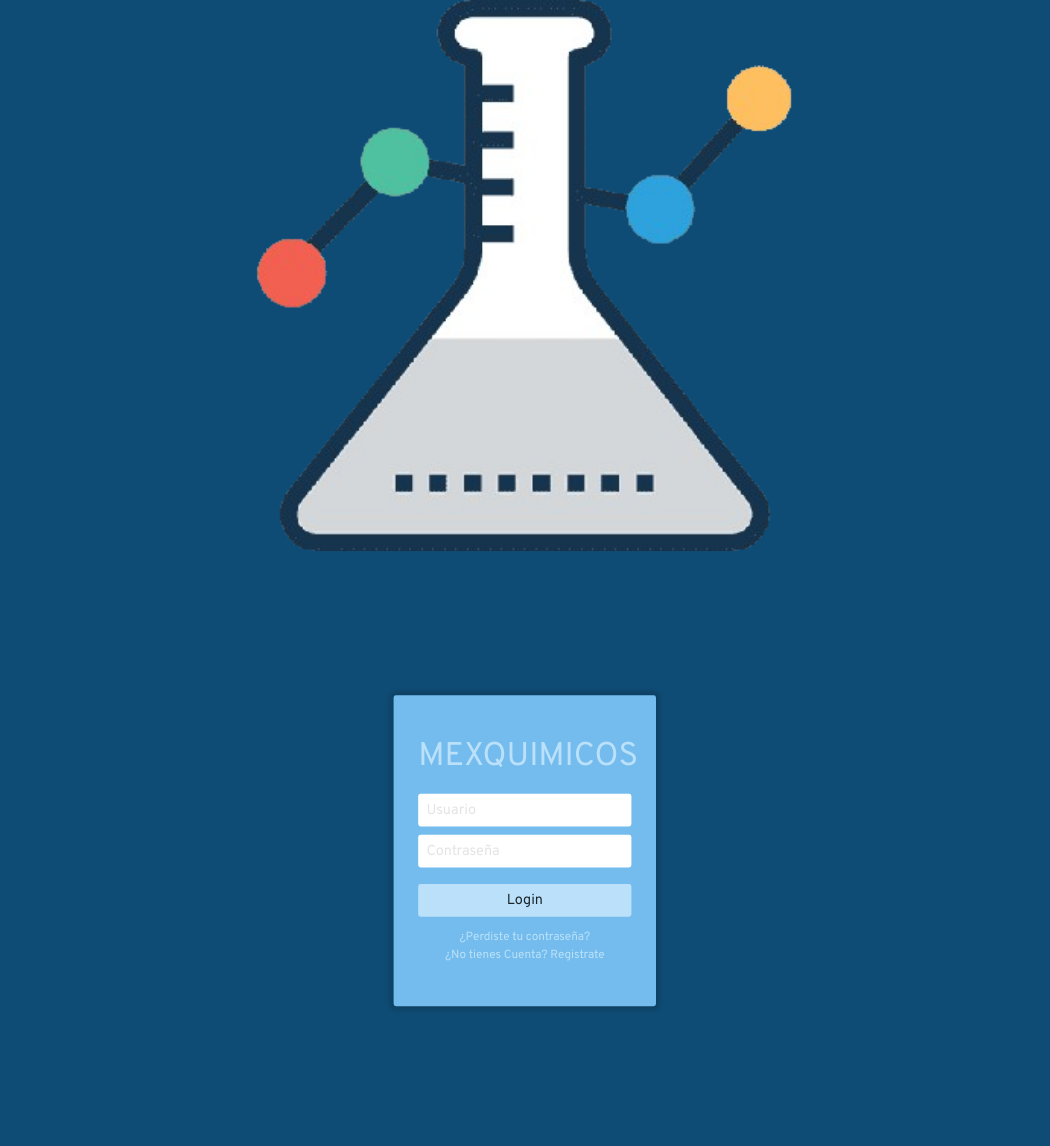
Repository: iDiv3r/MexiQuimicosIsay
Page: Index.html
These files come from the project's save history. The page is drawn as it stood at one moment and after the next save; the edit follows.
The browser window is 1280 px wide. The pictures show the whole page, at 82% of full size.

Above is the page before, as saved 2023-11-26 16:08:29.

After the next save:
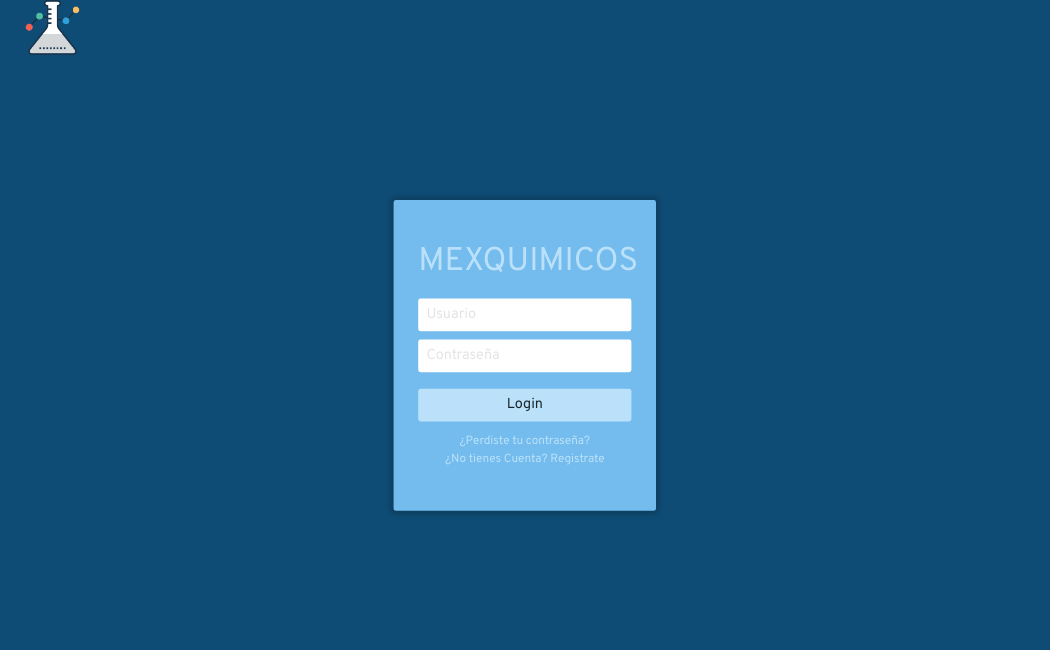
Saved 7 s later.
--- a/css/login.css
+++ b/css/login.css
@@ -133,7 +133,7 @@ body {
 .logo{
     image-rendering: auto;
     border-image: no-repeat;
-    width: 100%;
-    height: 100%;
+    width: 10%;
+    height: 10%;
     border : 0;
 }
